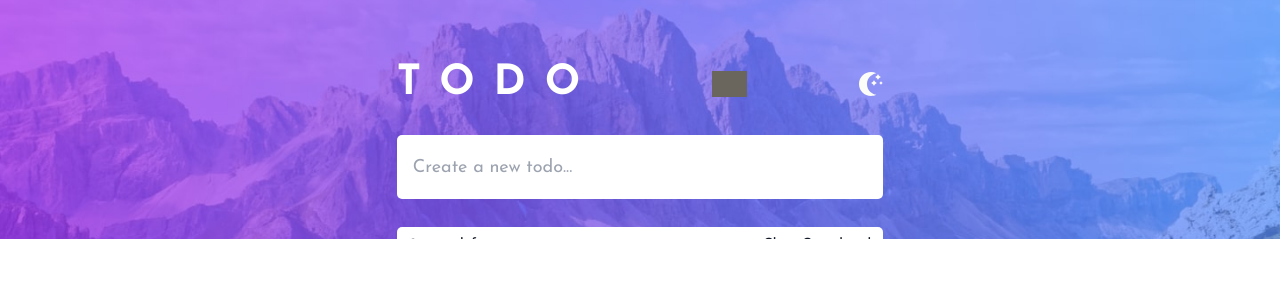
Repository: ikram-lisa/todo-list
Page: /
An editor plug-in stored every save of this project. The page is shown before and after the next save, followed by the edit.
The browser window is 1280 px wide. The pictures show the whole page.
Pictures or frames that could not be fetched are drawn as grey boxes. The project was rebuilt for these pictures with package versions that can differ from the ones it lists, and the page was loaded fresh each time. Also part of the build but not shown: vite.config.js.

Above is the page before, as saved 2024-05-14 23:13:52.

After the next save:
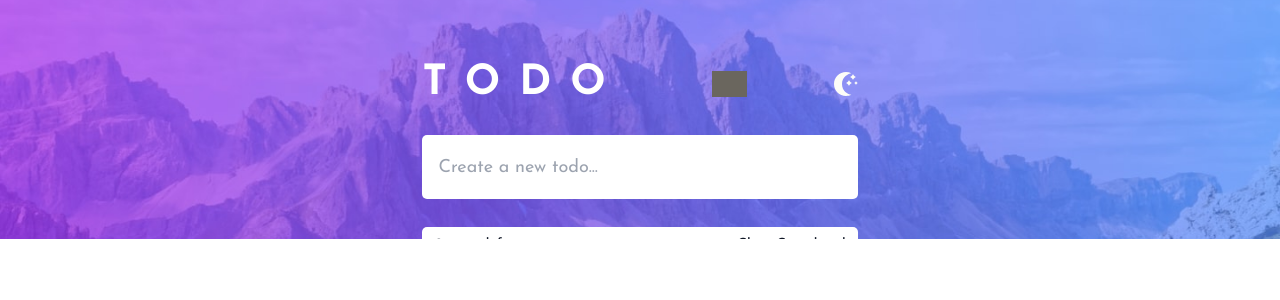
Saved 44 s later.
--- a/src/css/style.scss
+++ b/src/css/style.scss
@@ -35,7 +35,7 @@ body {
   height: 239px;
 }
 .theme-content {
-  width: 38%;
+  width: 34%;
   margin: 53px auto;
   margin-bottom: 20px !important;
   h1 {
@@ -54,7 +54,7 @@ body {
   }
 }
 .form {
-  width: 38%;
+  width: 34%;
   margin: 0 auto;
 }
 .input-search {
